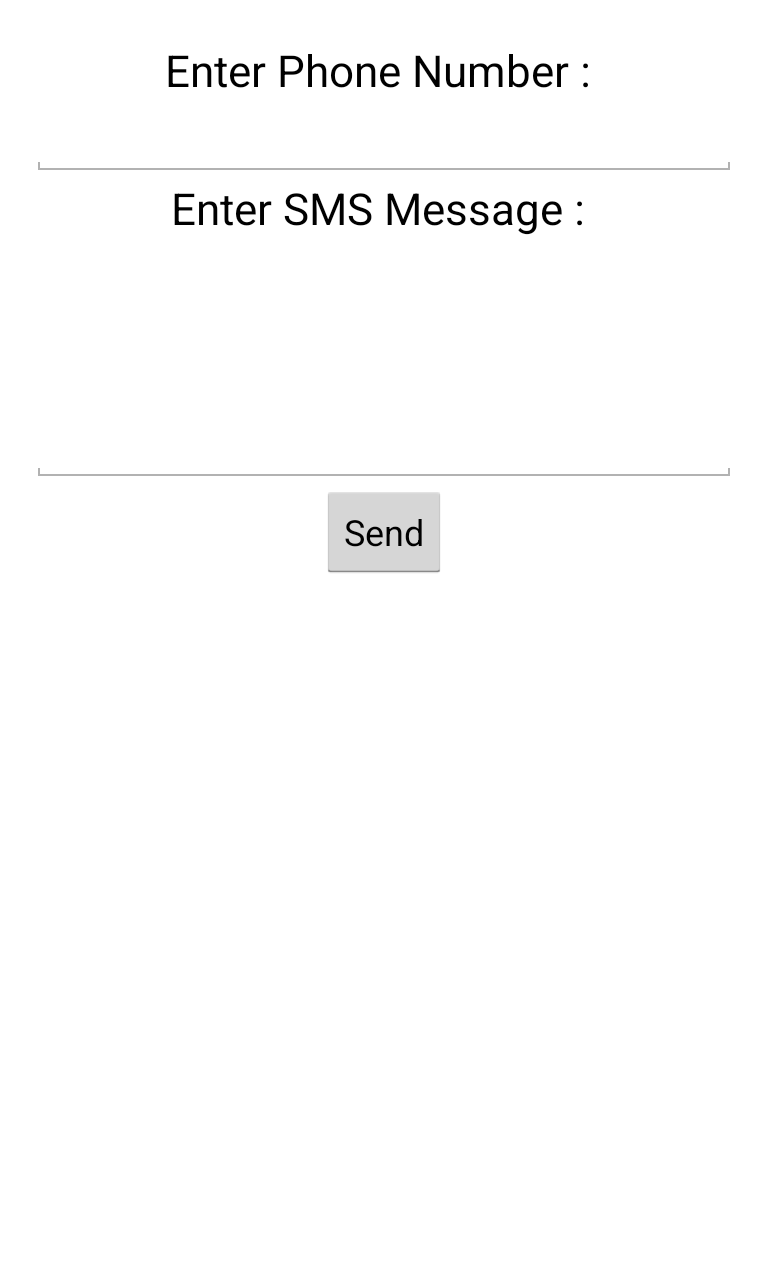
Repository: maya-alba/BasicInterface
Layout: SendSMS/res/layout/send_layout.xml
These files come from the project's save history. The layout is drawn as it stood at one moment and after the next save; the edit follows.
It is drawn on a 768 x 1280 px phone screen (xhdpi) without system bars, with theme AppTheme; the app's code is not run.

Above is the layout before, as saved 2014-03-23 03:53:51.

### SendSMS/res/layout/send_layout.xml
<?xml version="1.0" encoding="utf-8"?>
<LinearLayout xmlns:android="http://schemas.android.com/apk/res/android"
    android:id="@+id/linearLayout1"
    android:layout_width="fill_parent"
    android:layout_height="fill_parent"
    android:orientation="vertical" >

    <TextView
        android:id="@+id/textViewPhoneNo"
        android:layout_width="wrap_content"
        android:layout_height="wrap_content"
        android:layout_gravity="center_horizontal"
        android:layout_marginTop="20dp"
        android:text="Enter Phone Number : "
        android:textAppearance="?android:attr/textAppearanceLarge" />

    <EditText
        android:id="@+id/editTextPhoneNo"
        android:layout_width="fill_parent"
        android:layout_height="wrap_content"
        android:layout_gravity="center_horizontal"
        android:layout_marginLeft="15dp"
        android:layout_marginRight="15dp"
        android:phoneNumber="true" >
    </EditText>

    <TextView
        android:id="@+id/textViewSMS"
        android:layout_width="wrap_content"
        android:layout_height="wrap_content"
        android:layout_gravity="center_horizontal"
        android:text="Enter SMS Message : "
        android:textAppearance="?android:attr/textAppearanceLarge" />

    <EditText
        android:id="@+id/editTextSMS"
        android:layout_width="fill_parent"
        android:layout_height="wrap_content"
        android:layout_gravity="center_horizontal"
        android:layout_marginLeft="15dp"
        android:layout_marginRight="15dp"
        android:inputType="textMultiLine"
        android:lines="5"
        android:gravity="top" />

    <Button
        android:id="@+id/buttonSend"
        android:layout_width="wrap_content"
        android:layout_height="wrap_content"
        android:layout_gravity="center_horizontal"
        android:text="Send" />

</LinearLayout>

Loaded but not shown: SendSMS/res/values/styles.xml (common file); SendSMS/res/values-v11/styles.xml (common file); SendSMS/res/values-v14/styles.xml (common file)

After the next save:
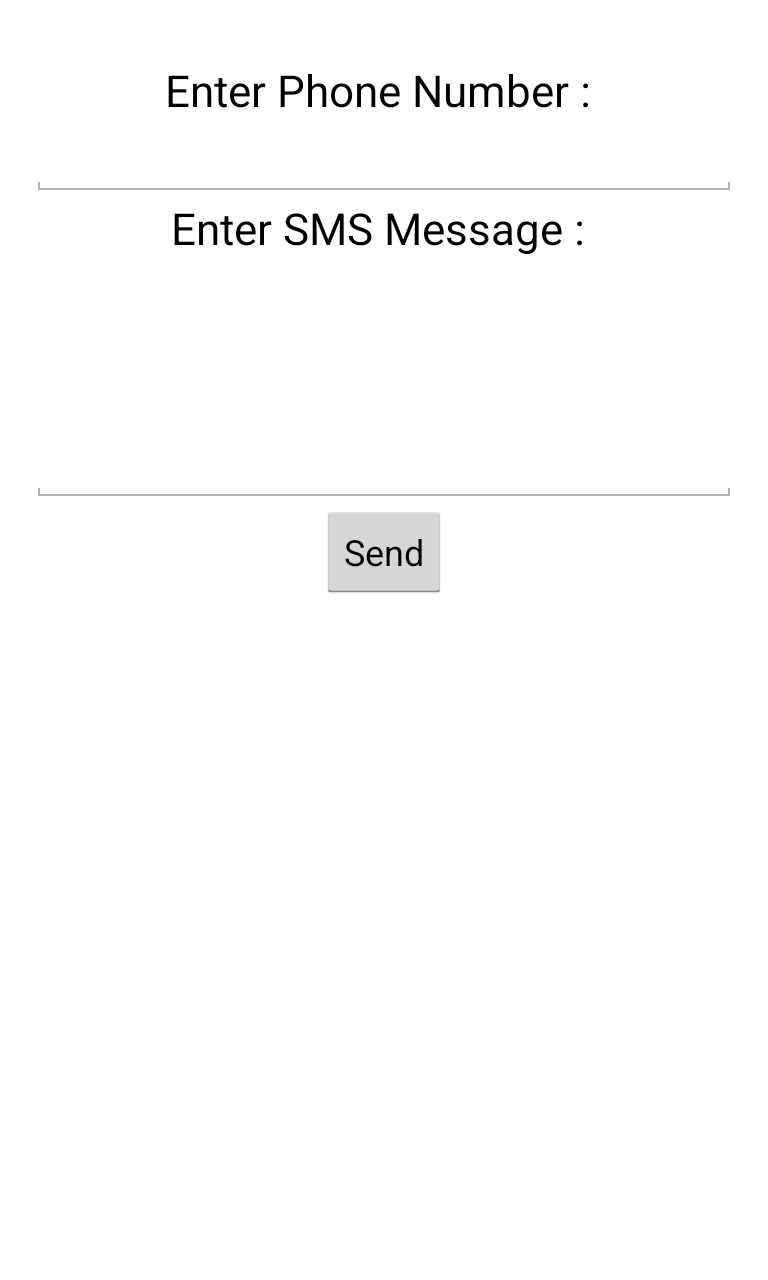
Saved 17 s later.
--- a/SendSMS/res/layout/send_layout.xml
+++ b/SendSMS/res/layout/send_layout.xml
@@ -10,7 +10,7 @@
         android:layout_width="wrap_content"
         android:layout_height="wrap_content"
         android:layout_gravity="center_horizontal"
-        android:layout_marginTop="20dp"
+        android:layout_marginTop="30dp"
         android:text="Enter Phone Number : "
         android:textAppearance="?android:attr/textAppearanceLarge" />
 
